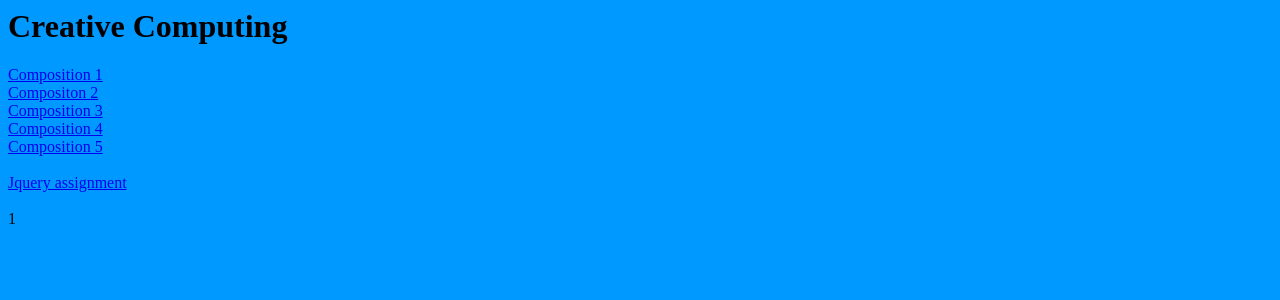
Repository: dominiquedevito/dominiquedevito.github.io
Page: index.html
The author's editor kept a record of every edit. The page is drawn from the files as they stood at one moment, then again after the next edit.
The browser window is 1280 px wide. The pictures show the whole page.

Above is the page before.

After the next edit:
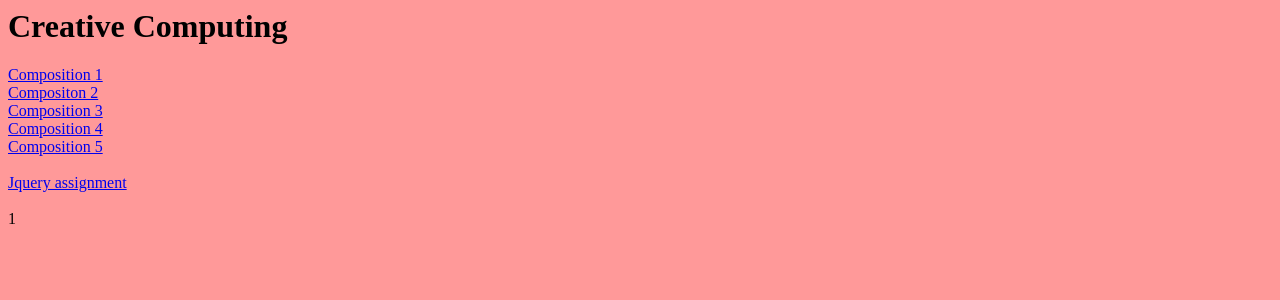
The edit:
--- a/index.html
+++ b/index.html
@@ -2,7 +2,7 @@
 	<head>
 		<title>Dominique DeVito</title>
 	</head>
-	<body bgcolor="#0099FF">
+	<body bgcolor="#FF9999">
 	    <h1>Creative Computing</h1>
 	   <a href="5compositions/composition1.html">Composition 1</a><br>
 	    <a href="5compositions/composition2.html">Compositon 2</a><br>
